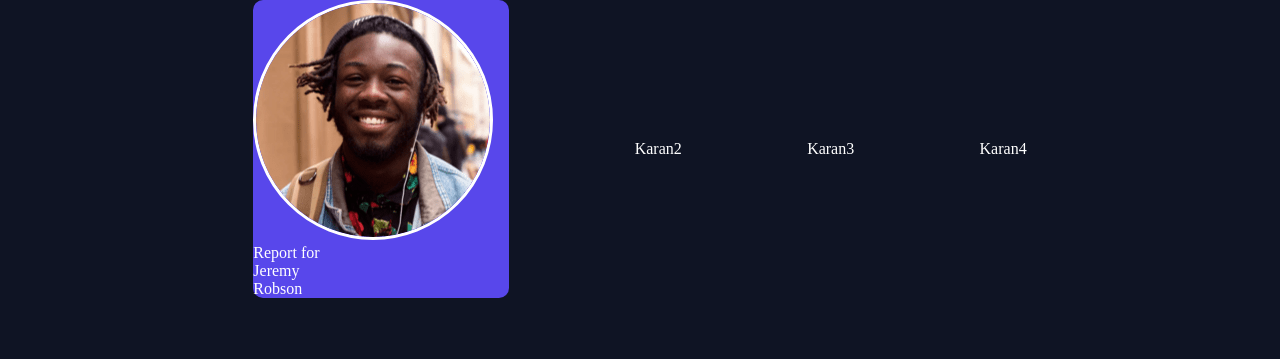
Repository: karanjain71/css-practice
Page: time-tracking-dashboard-main/index.html
An editor plug-in stored every save of this project. The page is shown before and after the next save, followed by the edit.
The browser window is 1280 px wide. The pictures show the whole page.

Above is the page before, as saved 2022-01-30 18:50:32.

After the next save:
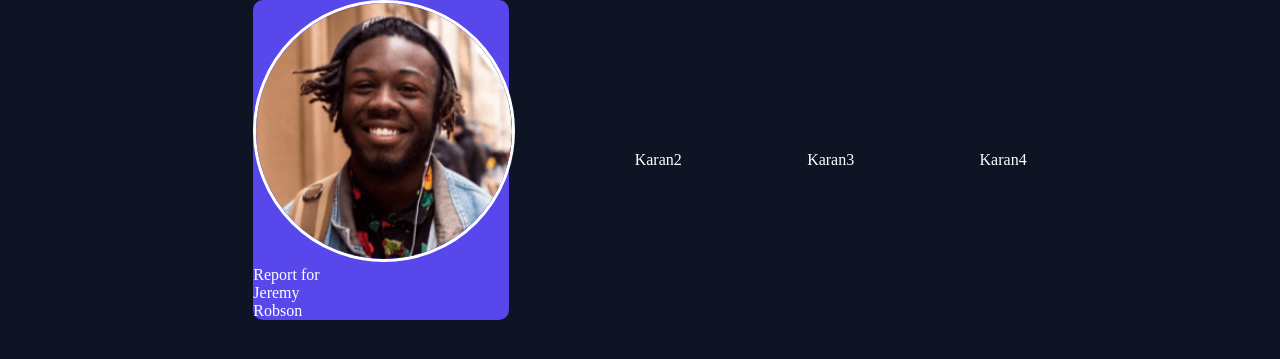
Saved 97 s later.
--- a/time-tracking-dashboard-main/styles.css
+++ b/time-tracking-dashboard-main/styles.css
@@ -33,8 +33,8 @@
     width: 25%;
 }
 img{
-    /* width: 100%; */
-    /* height: 100%; */
+    width: 100%;
+    height: 100%;
     object-fit: contain;
     border: 3px white solid;
     border-radius: 100%;
